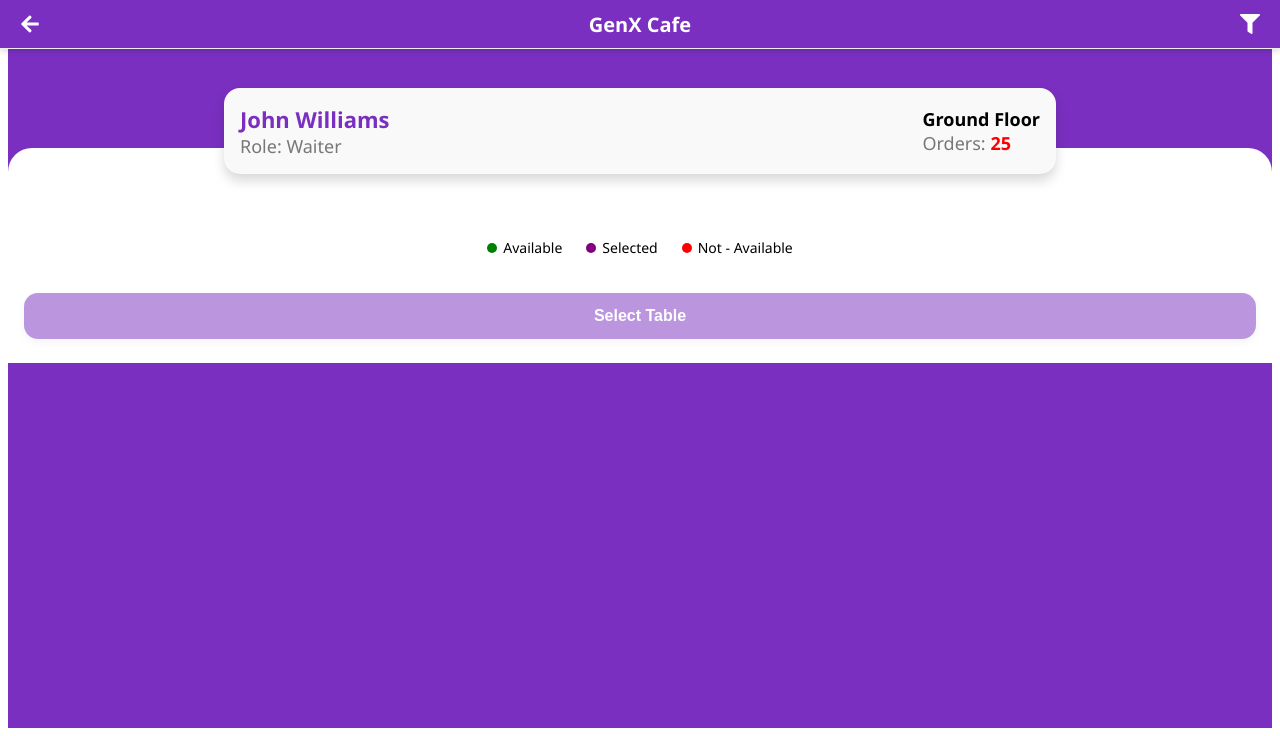
Repository: rajeshwaranslv/sturdy-spork-genx-frontend
Page: /
An editor plug-in stored every save of this project. The page is shown before and after the next save, followed by the edit.
The browser window is 1280 px wide. The pictures show the whole page.
The page's requests for data from a server got no answer. The project was rebuilt for these pictures with package versions that can differ from the ones it lists, and the page was loaded fresh each time. No one was signed in, and anything a server would have sent is missing. Also part of the build but not shown: src/components/menu.css, src/components/MenuSelection.js, src/components/OrderReview.js, src/components/Billing.js, src/components/Success.js.

Above is the page before, as saved 2025-07-16 14:32:26.

After the next save:
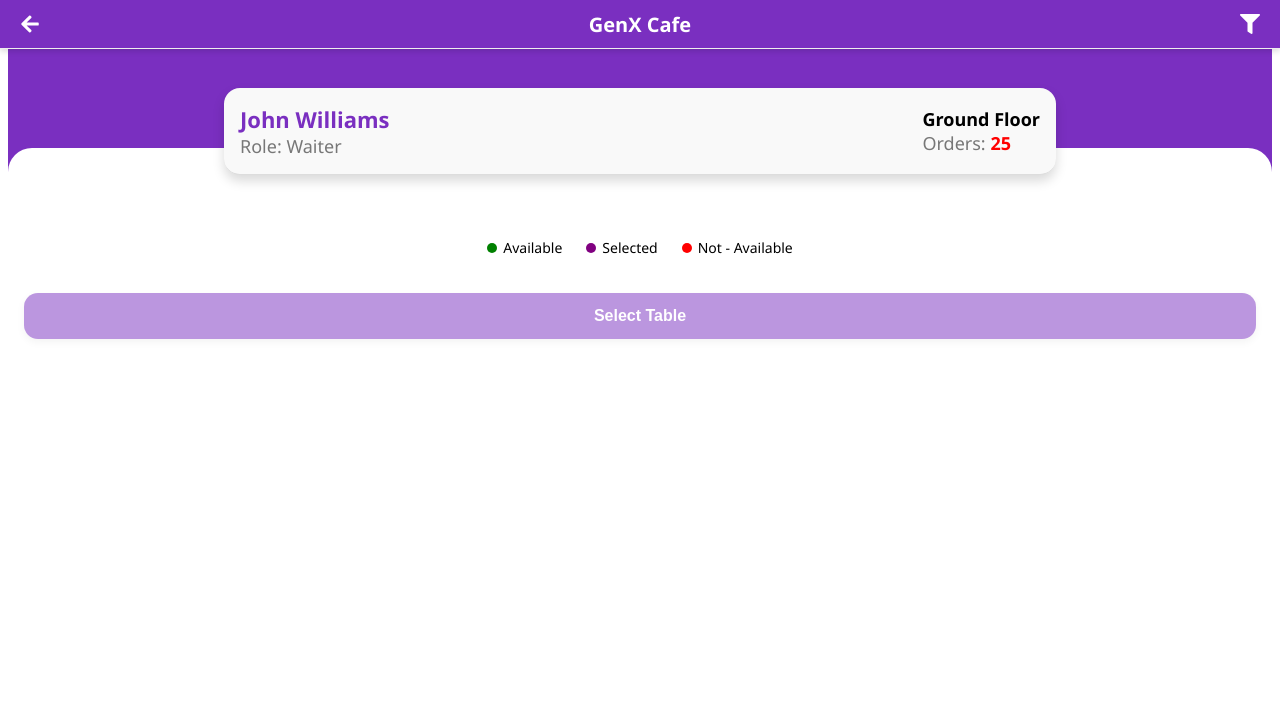
Saved 73 s later.
--- a/src/components/style.css
+++ b/src/components/style.css
@@ -1,7 +1,7 @@
 .container-fluid {
   position: relative;
   background-color: #7a2fc0;
-  min-height: 100vh;
+  /* min-height: 100vh; */
   font-family: 'Segoe UI', sans-serif;
   overflow-x: hidden;
 }
